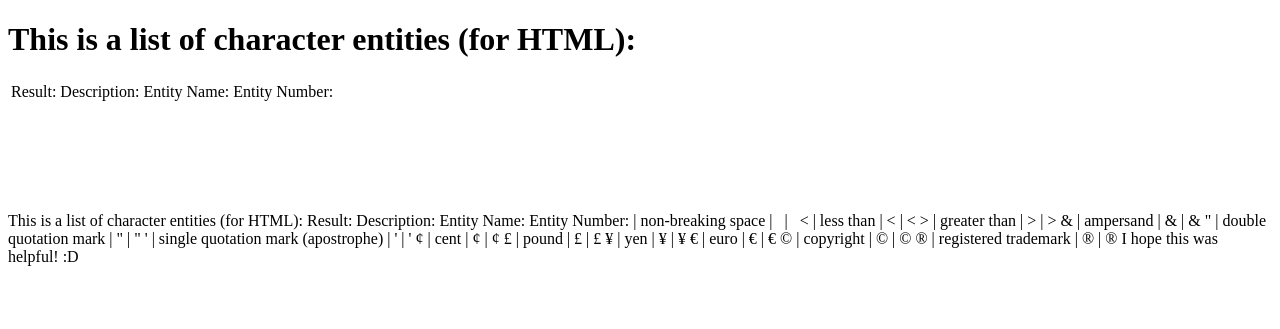
Repository: linas-dev/HTML-CSS-Projects
Page: Basic_HTML_and_CSS/Basic_HTML_5.html
An editor plug-in stored every save of this project. The page is shown before and after the next save, followed by the edit.
The browser window is 1280 px wide. The pictures show the whole page.

Above is the page before, as saved 2021-05-30 10:52:58.

### Basic_HTML_and_CSS/Basic_HTML_5.html
<!DOCTYPE html>
<html lang="en">
<head>
    <meta charset="UTF-8">
    <meta http-equiv="X-UA-Compatible" content="IE=edge">
    <meta name="viewport" content="width=device-width, initial-scale=1.0">
    <link rel="stylesheet" href="Basic_CSS_2.css">
    <title>Document</title>
</head>
<body>

    <h1>This is a list of character entities (for HTML):</h1>

    <table>
        <thead>
            <td>Result:</td>
            <td>Description: </td>
            <td>Entity Name:</td>
            <td>Entity Number:</td>
        </thead>
    </table>




<br>

<br>
<br>
<br>
<br>
<br>

    This is a list of character entities (for HTML):

Result:    Description:                         Entity Name:    Entity Number:
         | non-breaking space                 | &nbsp;        | &#160;
  <      | less than                          | &lt;          | &#60;
  >      | greater than                       | &gt;          | &#62;
  &      | ampersand                          | &amp;         | &#38;
  "      | double quotation mark              | &quot;        | &#34;
  '      | single quotation mark (apostrophe) | &apos;        | &#39;
  ¢      | cent                               | &cent;        | &#162;
  £      | pound                              | &pound;       | &#163;
  ¥      | yen                                | &yen;         | &#165;
  €      | euro                               | &euro;        | &#8364;
  ©      | copyright                          | &copy;        | &#169;
  ®      | registered trademark               | &reg;         | &#174;

I hope this was helpful! :D
</body>
</html>

### Basic_HTML_and_CSS/Basic_CSS_2.css
p {
    color: #2E5757;
    background: #F0DFEE;
    font-weight: bolder;
    text-align: right;
}

.table {
    border-collapse: collapse;
    margin: 25px 0;
    font-size: 0.9em;
    min-width: 400px;
}

.table thead tr {
    background-color: #009879;
    color: #fff;
    text-align: left;
    font-weight: bold;
}

.table th, .table td {
    padding: 7px 5px;
}

.table tbody tr {
    border-bottom: 1px solid #dddddd;
}

.hoveref:hover {
    background-color: #4F0444;
    color: white;
}

After the next save:
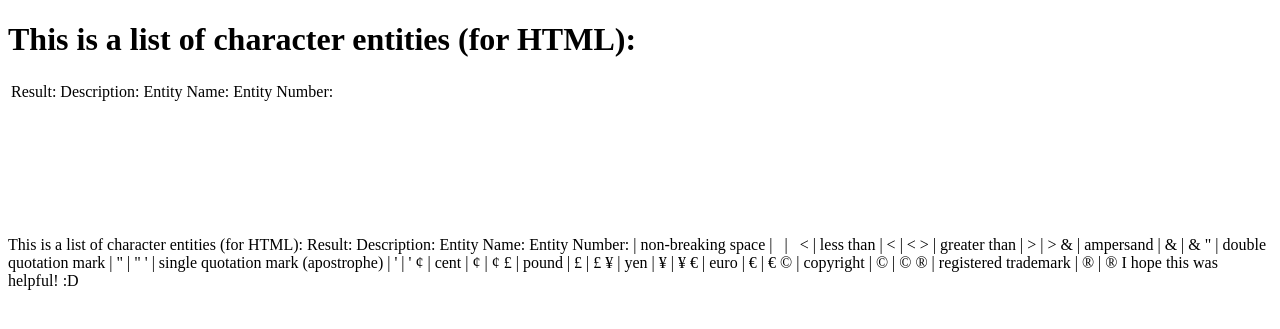
Saved 73 s later.
--- a/Basic_HTML_and_CSS/Basic_HTML_5.html
+++ b/Basic_HTML_and_CSS/Basic_HTML_5.html
@@ -18,6 +18,44 @@
             <td>Entity Name:</td>
             <td>Entity Number:</td>
         </thead>
+        <tbody>
+            <tr>
+
+            </tr>
+            <tr>
+
+            </tr>
+            <tr>
+
+            </tr>
+            <tr>
+
+            </tr>
+            <tr>
+
+            </tr>
+            <tr>
+
+            </tr>
+            <tr>
+
+            </tr>
+            <tr>
+
+            </tr>
+            <tr>
+
+            </tr>
+            <tr>
+
+            </tr>
+            <tr>
+
+            </tr>
+            <tr>
+
+            </tr>
+        </tbody>
     </table>
 
 
